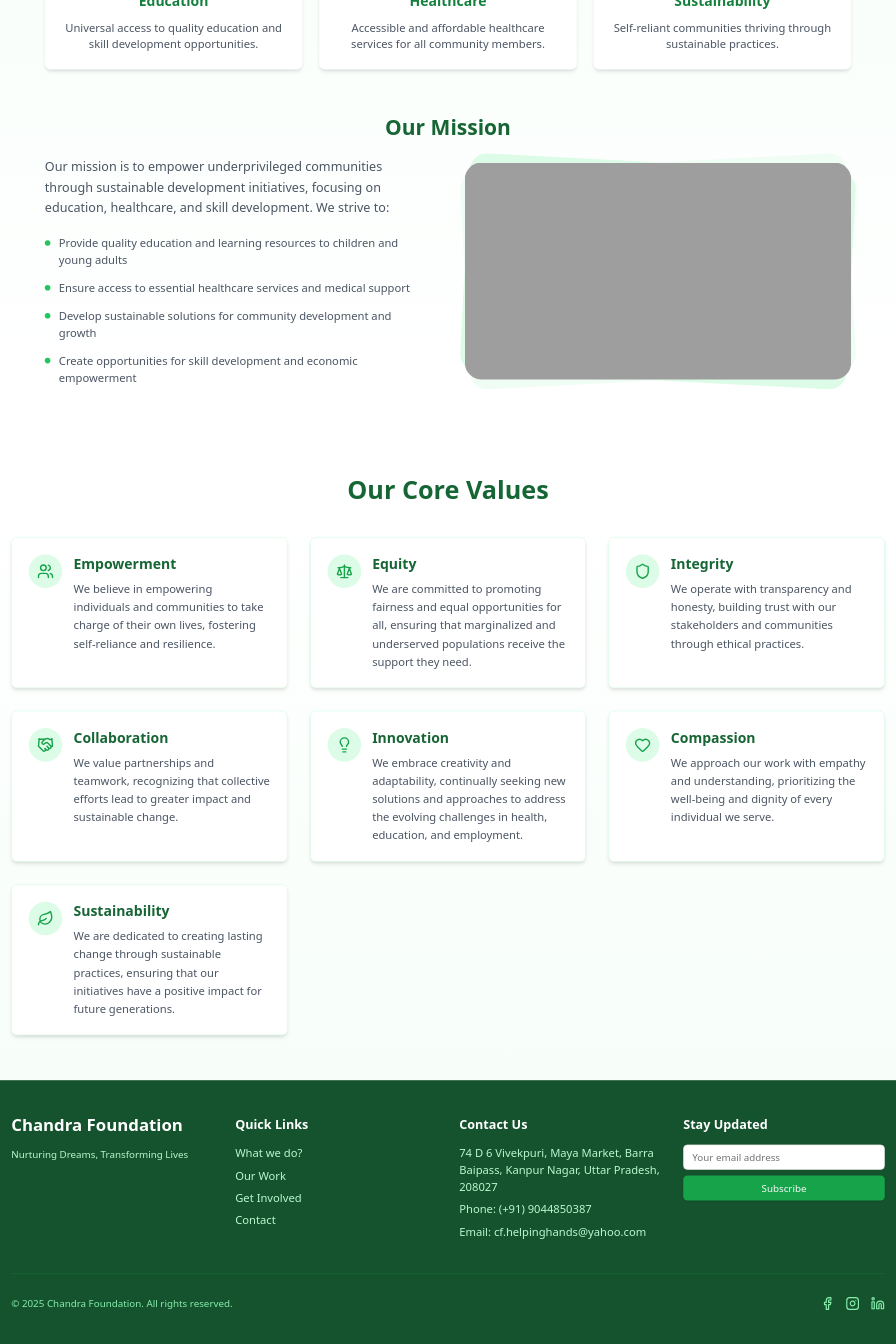
Repository: rajukumar2003/chandra-foundation
Page: /aboutus
The author's editor kept a copy of each file at every save. The page is drawn from the files as they stood at one save, then again after the next save.
The browser window is 1280 px wide. The pictures show the part of the page from y = 1703 to 3623 px (the page is 3623 px tall before and 3583 px after), at 70% of full size.
Pictures or frames that could not be fetched are drawn as grey boxes. The project was rebuilt for these pictures with package versions that can differ from the ones it lists, and the page was loaded fresh each time. The framework's server and built-in components were replaced by stand-ins that run in the browser. Also part of the build but not shown: next.config.ts.

Above is the page before, as saved 2025-01-30 20:13:38.

### app/layout.tsx
import type { Metadata } from "next";
import { Geist, Geist_Mono } from "next/font/google";
import "./globals.css";
import Navbar from "./components/navbar";
import Footer from "./components/Footer";

const geistSans = Geist({
  variable: "--font-geist-sans",
  subsets: ["latin"],
});

const geistMono = Geist_Mono({
  variable: "--font-geist-mono",
  subsets: ["latin"],
});

export const metadata: Metadata = {
  title: "Create Next App",
  description: "Generated by create next app",
};

export default function RootLayout({
  children,
}: Readonly<{
  children: React.ReactNode;
}>) {
  return (
    <html lang="en">
      <body
        className={`${geistSans.variable} ${geistMono.variable} antialiased`}
      >
        <Navbar />
        {children}
        <Footer/>
      </body>
    </html>
  );
}

### app/globals.css
@tailwind base;
@tailwind components;
@tailwind utilities;
@layer base {
  :root {
    --background: 0 0% 100%;
    --foreground: 0 0% 3.9%;
    --card: 0 0% 100%;
    --card-foreground: 0 0% 3.9%;
    --popover: 0 0% 100%;
    --popover-foreground: 0 0% 3.9%;
    --primary: 0 0% 9%;
    --primary-foreground: 0 0% 98%;
    --secondary: 0 0% 96.1%;
    --secondary-foreground: 0 0% 9%;
    --muted: 0 0% 96.1%;
    --muted-foreground: 0 0% 45.1%;
    --accent: 0 0% 96.1%;
    --accent-foreground: 0 0% 9%;
    --destructive: 0 84.2% 60.2%;
    --destructive-foreground: 0 0% 98%;
    --border: 0 0% 89.8%;
    --input: 0 0% 89.8%;
    --ring: 0 0% 3.9%;
    --chart-1: 12 76% 61%;
    --chart-2: 173 58% 39%;
    --chart-3: 197 37% 24%;
    --chart-4: 43 74% 66%;
    --chart-5: 27 87% 67%;
    --radius: 0.5rem
  }
  .dark {
    --background: 0 0% 3.9%;
    --foreground: 0 0% 98%;
    --card: 0 0% 3.9%;
    --card-foreground: 0 0% 98%;
    --popover: 0 0% 3.9%;
    --popover-foreground: 0 0% 98%;
    --primary: 0 0% 98%;
    --primary-foreground: 0 0% 9%;
    --secondary: 0 0% 14.9%;
    --secondary-foreground: 0 0% 98%;
    --muted: 0 0% 14.9%;
    --muted-foreground: 0 0% 63.9%;
    --accent: 0 0% 14.9%;
    --accent-foreground: 0 0% 98%;
    --destructive: 0 62.8% 30.6%;
    --destructive-foreground: 0 0% 98%;
    --border: 0 0% 14.9%;
    --input: 0 0% 14.9%;
    --ring: 0 0% 83.1%;
    --chart-1: 220 70% 50%;
    --chart-2: 160 60% 45%;
    --chart-3: 30 80% 55%;
    --chart-4: 280 65% 60%;
    --chart-5: 340 75% 55%
  }
}
@layer base {
  * {
    @apply border-border;
  }
  body {
    @apply bg-background text-foreground;
  }
}

@keyframes float {
  0%, 100% {
    transform: translateY(0);
  }
  50% {
    transform: translateY(-20px);
  }
}

@keyframes float-delayed {
  0%, 100% {
    transform: translateY(0);
  }
  50% {
    transform: translateY(-15px);
  }
}

.animate-float {
  animation: float 6s ease-in-out infinite;
}

.animate-float-delayed {
  animation: float-delayed 5s ease-in-out infinite;
  animation-delay: 1s;
}

### app/components/Footer.tsx
"use client";

import { Facebook, Instagram, Linkedin } from "lucide-react";
import Link from "next/link";
import { Input } from "@/components/ui/input";
import { Button } from "@/components/ui/button";

const socialLinks = [
  {
    icon: Facebook,
    href: "https://www.facebook.com/chandraafoundation",
    label: "Facebook",
  },
  {
    icon: Instagram,
    href: "https://www.instagram.com/chandraafoundation",
    label: "Instagram",
  },
  {
    icon: Linkedin,
    href: "https://www.linkedin.com/company/chandraa-foundation/",
    label: "LinkedIn",
  },
];

const quickLinks = [
  { name: "What we do?", href: "/aboutUs" },
  { name: "Our Work", href: "/programs" },
  { name: "Get Involved", href: "/get-involved" },
  { name: "Contact", href: "/contactUs" },
];

export default function Footer() {
  return (
    <footer className="bg-green-900 text-white">
      <div className="container mx-auto px-4 py-12">
        <div className="grid grid-cols-1 md:grid-cols-2 lg:grid-cols-4 gap-8">
          {/* Logo and Description */}
          <div className="space-y-4">
            <Link href="/" className="text-2xl font-bold">
              Chandra Foundation
            </Link>
            <p className="text-green-200 text-sm">
              Nurturing Dreams, Transforming Lives
            </p>
          </div>

          {/* Quick Links */}
          <div>
            <h3 className="text-lg font-semibold mb-4">Quick Links</h3>
            <ul className="space-y-2">
              {quickLinks.map((link) => (
                <li key={link.name}>
                  <Link
                    href={link.href}
                    className="text-green-200 hover:text-white transition-colors"
                  >
                    {link.name}
                  </Link>
                </li>
              ))}
            </ul>
          </div>

          {/* Contact Info */}
          <div>
            <h3 className="text-lg font-semibold mb-4">Contact Us</h3>
            <address className="not-italic text-green-200 space-y-2">
              <p>
                74 D 6 Vivekpuri, Maya Market, Barra Baipass, Kanpur Nagar,
                Uttar Pradesh, 208027
              </p>
              <p>Phone: (+91) 9044850387 </p>
              <p>Email: cf.helpinghands@yahoo.com</p>
            </address>
          </div>

          {/* Newsletter Signup */}
          <div>
            <h3 className="text-lg font-semibold mb-4">Stay Updated</h3>
            <form className="space-y-2">
              <Input
                type="email"
                placeholder="Your email address"
                className="bg-white text-black placeholder-green-400"
              />
              <Button className="w-full bg-green-600 hover:bg-green-700">
                Subscribe
              </Button>
            </form>
          </div>
        </div>

        {/* Bottom Bar */}
        <div className="mt-12 pt-8 border-t border-green-800 flex flex-col md:flex-row justify-between items-center space-y-4 md:space-y-0">
          <div className="text-sm text-green-300">
            © {new Date().getFullYear()} Chandra Foundation. All rights
            reserved.
          </div>
          <div className="flex space-x-4">
            {socialLinks.map((link) => (
              <a
                key={link.label}
                href={link.href}
                target="_blank" // Open link in a new tab
                rel="noopener noreferrer" // Prevent security vulnerabilities
                className="text-green-300 hover:text-white transition-colors"
                aria-label={link.label}
              >
                <link.icon className="w-5 h-5" />
              </a>
            ))}
          </div>
        </div>
      </div>
    </footer>
  );
}

### app/components/AboutIntro.tsx
"use client";

import { motion } from "framer-motion";
import Image from "next/image";

export default function AboutUsIntro() {
  return (
    <section className="py-16 bg-white">
      <div className="container mx-auto px-4">
        <div>
          <h2 className="text-4xl font-bold text-green-800 my-12 flex justify-center items-center">Who We Are</h2>
        </div>
        <div className="grid lg:grid-cols-2 gap-12 lg:gap-20 items-center justify-center">
          {/* Left side - Image */}
          <motion.div
            initial={{ opacity: 0, x: -20 }}
            animate={{ opacity: 1, x: 0 }}
            transition={{ duration: 0.6 }}
            className="relative"
          >
            <div className="relative rounded-3xl overflow-hidden border border-green-200 aspect-[16/9]">
              <Image
                src="/images/aboutus.png"
                alt="Making a difference in communities"
                fill
                className="object-cover"
              />
              {/* Decorative borders */}
              <div className="absolute inset-0 border-2 border-green-100 rounded-3xl transform rotate-2" />
              <div className="absolute inset-0 border-2 border-green-100 rounded-3xl transform -rotate-2" />
            </div>
          </motion.div>

          {/* Right side - Content */}
          <motion.div
            initial={{ opacity: 0, x: 20 }}
            animate={{ opacity: 1, x: 0 }}
            transition={{ duration: 0.6, delay: 0.2 }}
            className="space-y-8"
          >
            {/* Short Para / Who we are */}
            <div>
              <p className="text-gray-600 text-lg leading-relaxed">
                Founded in 2019, Chandra Foundation emerged from a vision to
                create lasting positive change in underserved communities. What
                began as a small initiative has grown into a dynamic force for
                social transformation, touching thousands of lives across
                multiple regions.
              </p>
            </div>

            {/* Our Journey */}
            <div>
              <h3 className="text-2xl font-semibold text-green-700 mb-2">
                Our Journey
              </h3>
              <p className="text-gray-600 text-lg leading-relaxed">
                From our humble beginnings distributing essential supplies,
                we&apos;ve evolved into a comprehensive support system focusing on
                education, healthcare, and sustainable development. Each year
                marks new milestones in our mission to empower communities.
              </p>
            </div>

            {/* Founding Story */}
            <div>
              <h3 className="text-2xl font-semibold text-green-700 mb-2">
                Founding Story
              </h3>
              <p className="text-gray-600 text-lg leading-relaxed">
                Our founder, Chandra Kumar, witnessed firsthand the challenges
                faced by underprivileged communities. This personal experience
                sparked a commitment to create an organization that would bridge
                the gap between resources and needs, ensuring no one is left
                behind.
              </p>
            </div>

          </motion.div>
        </div>
      </div>
    </section>
  );
}

### app/components/AboutHero.tsx
"use client"

import { motion } from "framer-motion"
import Image from "next/image"

export default function AboutHero() {
  return (
    <section className="relative min-h-[70vh] md:min-h-[80vh] flex items-center justify-center overflow-hidden">
      <Image
        src="/images/about.png"
        alt="Chandra Foundation team working in the community"
        fill
        style={{ objectFit: "cover", filter: "brightness(0.8)" }}
        className="absolute inset-0"
        priority
      />
      <div className="absolute inset-0 bg-black opacity-10" />
      <div className="absolute inset-0 bg-gradient-to-b from-black/20 to-black/10" />
      {/* <div className="absolute inset-0 bg-gradient-to-b from-green-900/70 to-green-800/70" /> */}
      <div className="absolute inset-0 bg-grid-white/[0.05]" />

      <div className="relative z-20 text-center text-white max-w-4xl mx-auto px-4">
        <motion.h1
          initial={{ opacity: 0, y: 30 }}
          animate={{ opacity: 1, y: 0 }}
          transition={{ duration: 0.8, ease: "easeOut" }}
          className="text-4xl md:text-5xl lg:text-6xl font-bold mb-6 leading-tight"
        >
          About Us
        </motion.h1>
        <motion.p
          initial={{ opacity: 0, y: 30 }}
          animate={{ opacity: 1, y: 0 }}
          transition={{ duration: 0.8, delay: 0.2, ease: "easeOut" }}
          className="text-xl md:text-2xl lg:text-3xl font-light"
        >
          Empowering Communities, Transforming Lives
        </motion.p>
      </div>
    </section>
  )
}

### app/components/CoreValues.tsx
"use client"

import { motion } from "framer-motion"
import { Users, Scale, Shield, HandshakeIcon, Lightbulb, Heart, Leaf } from "lucide-react"

const coreValues = [
  {
    icon: Users,
    title: "Empowerment",
    description:
      "We believe in empowering individuals and communities to take charge of their own lives, fostering self-reliance and resilience.",
  },
  {
    icon: Scale,
    title: "Equity",
    description:
      "We are committed to promoting fairness and equal opportunities for all, ensuring that marginalized and underserved populations receive the support they need.",
  },
  {
    icon: Shield,
    title: "Integrity",
    description:
      "We operate with transparency and honesty, building trust with our stakeholders and communities through ethical practices.",
  },
  {
    icon: HandshakeIcon,
    title: "Collaboration",
    description:
      "We value partnerships and teamwork, recognizing that collective efforts lead to greater impact and sustainable change.",
  },
  {
    icon: Lightbulb,
    title: "Innovation",
    description:
      "We embrace creativity and adaptability, continually seeking new solutions and approaches to address the evolving challenges in health, education, and employment.",
  },
  {
    icon: Heart,
    title: "Compassion",
    description:
      "We approach our work with empathy and understanding, prioritizing the well-being and dignity of every individual we serve.",
  },
  {
    icon: Leaf,
    title: "Sustainability",
    description:
      "We are dedicated to creating lasting change through sustainable practices, ensuring that our initiatives have a positive impact for future generations.",
  },
]

export default function CoreValues() {
  return (
    <section className="py-16 bg-gradient-to-b from-white to-green-50/50">
      <div className="container mx-auto px-4">
        <motion.div
          initial={{ opacity: 0, y: 20 }}
          whileInView={{ opacity: 1, y: 0 }}
          viewport={{ once: true }}
          transition={{ duration: 0.6 }}
          className="text-center mb-12"
        >
          <h2 className="text-3xl md:text-4xl font-bold text-green-800 mb-4">Our Core Values</h2>
          {/* <div className="w-20 h-1 bg-green-600 mx-auto mb-6"></div> */}
        </motion.div>

        <div className="grid gap-8 md:grid-cols-2 lg:grid-cols-3 max-w-7xl mx-auto">
          {coreValues.map((value, index) => (
            <motion.div
              key={value.title}
              initial={{ opacity: 0, y: 20 }}
              whileInView={{ opacity: 1, y: 0 }}
              viewport={{ once: true }}
              transition={{ duration: 0.5, delay: index * 0.1 }}
            >
              <div className="bg-white rounded-lg p-6 shadow-md hover:shadow-lg transition-all duration-300 h-full border border-green-100 group">
                <div className="flex items-start gap-4">
                  <div className="shrink-0">
                    <div className="w-12 h-12 rounded-full bg-green-100 flex items-center justify-center group-hover:bg-green-200 transition-colors duration-300">
                      <value.icon className="w-6 h-6 text-green-600" />
                    </div>
                  </div>
                  <div>
                    <h3 className="text-xl font-semibold text-green-800 mb-2 group-hover:text-green-600 transition-colors duration-300">
                      {value.title}
                    </h3>
                    <p className="text-gray-600 leading-relaxed">{value.description}</p>
                  </div>
                </div>
              </div>
            </motion.div>
          ))}
        </div>
      </div>
    </section>
  )
}

### components/ui/button.tsx
import * as React from "react"
import { Slot } from "@radix-ui/react-slot"
import { cva, type VariantProps } from "class-variance-authority"

import { cn } from "@/lib/utils"

const buttonVariants = cva(
  "inline-flex items-center justify-center gap-2 whitespace-nowrap rounded-md text-sm font-medium transition-colors focus-visible:outline-none focus-visible:ring-1 focus-visible:ring-ring disabled:pointer-events-none disabled:opacity-50 [&_svg]:pointer-events-none [&_svg]:size-4 [&_svg]:shrink-0",
  {
    variants: {
      variant: {
        default:
          "bg-primary text-primary-foreground shadow hover:bg-primary/90",
        destructive:
          "bg-destructive text-destructive-foreground shadow-sm hover:bg-destructive/90",
        outline:
          "border border-input bg-background shadow-sm hover:bg-accent hover:text-accent-foreground",
        secondary:
          "bg-secondary text-secondary-foreground shadow-sm hover:bg-secondary/80",
        ghost: "hover:bg-accent hover:text-accent-foreground",
        link: "text-primary underline-offset-4 hover:underline",
      },
      size: {
        default: "h-9 px-4 py-2",
        sm: "h-8 rounded-md px-3 text-xs",
        lg: "h-10 rounded-md px-8",
        icon: "h-9 w-9",
      },
    },
    defaultVariants: {
      variant: "default",
      size: "default",
    },
  }
)

export interface ButtonProps
  extends React.ButtonHTMLAttributes<HTMLButtonElement>,
    VariantProps<typeof buttonVariants> {
  asChild?: boolean
}

const Button = React.forwardRef<HTMLButtonElement, ButtonProps>(
  ({ className, variant, size, asChild = false, ...props }, ref) => {
    const Comp = asChild ? Slot : "button"
    return (
      <Comp
        className={cn(buttonVariants({ variant, size, className }))}
        ref={ref}
        {...props}
      />
    )
  }
)
Button.displayName = "Button"

export { Button, buttonVariants }

### components/ui/input.tsx
import * as React from "react"

import { cn } from "@/lib/utils"

const Input = React.forwardRef<HTMLInputElement, React.ComponentProps<"input">>(
  ({ className, type, ...props }, ref) => {
    return (
      <input
        type={type}
        className={cn(
          "flex h-9 w-full rounded-md border border-input bg-transparent px-3 py-1 text-base shadow-sm transition-colors file:border-0 file:bg-transparent file:text-sm file:font-medium file:text-foreground placeholder:text-muted-foreground focus-visible:outline-none focus-visible:ring-1 focus-visible:ring-ring disabled:cursor-not-allowed disabled:opacity-50 md:text-sm",
          className
        )}
        ref={ref}
        {...props}
      />
    )
  }
)
Input.displayName = "Input"

export { Input }

Loaded but not shown: lib/utils.ts (common file); tailwind.config.js (83 lines, source omitted); app/(root)/aboutus/page.tsx (406 lines, source omitted); components/ui/dropdown-menu.tsx (201 lines, source omitted); app/components/navbar.tsx (187 lines, source omitted); app/components/VisionMission.tsx (108 lines, source omitted)

After the next save:
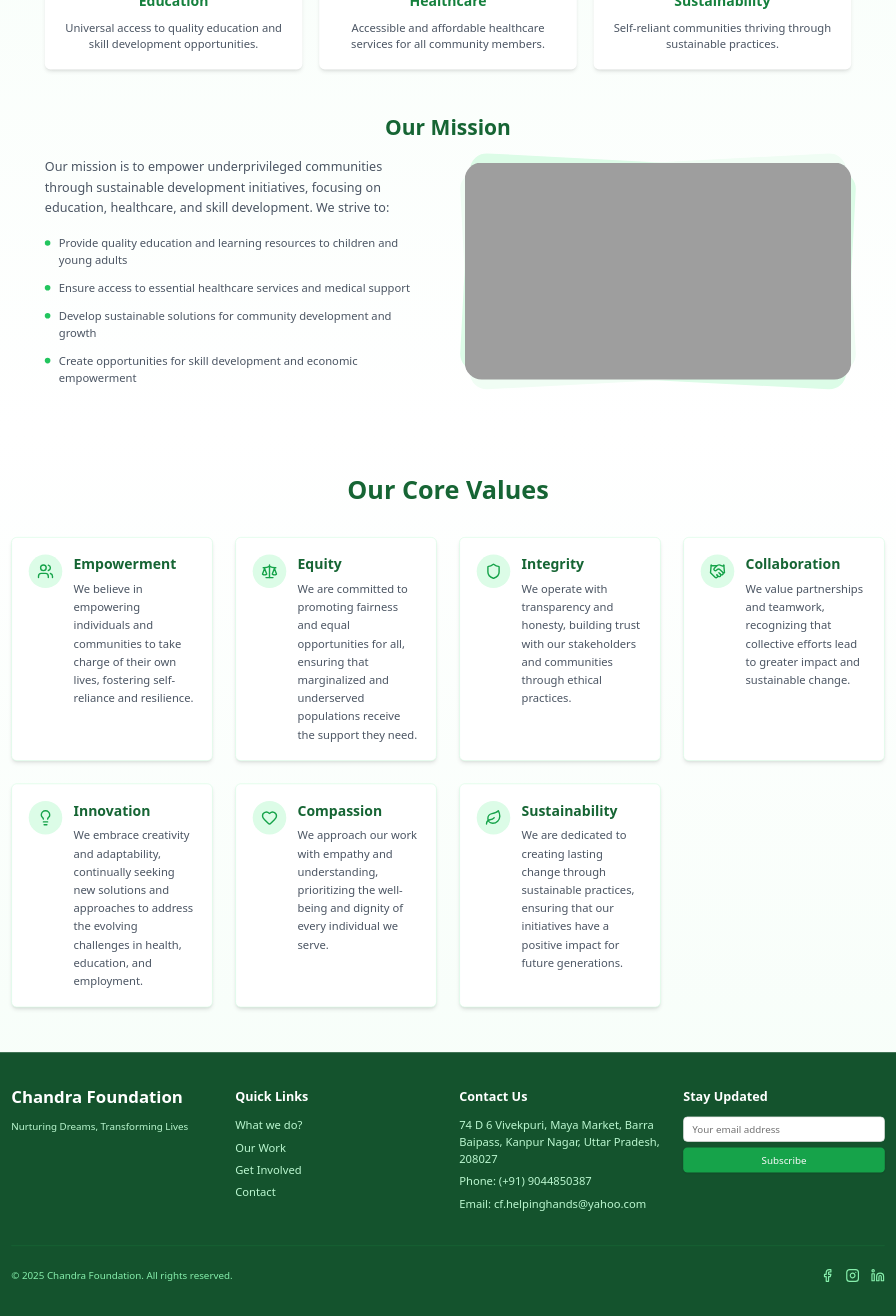
Saved 18 s later.
--- a/app/components/CoreValues.tsx
+++ b/app/components/CoreValues.tsx
@@ -63,7 +63,7 @@ export default function CoreValues() {
           {/* <div className="w-20 h-1 bg-green-600 mx-auto mb-6"></div> */}
         </motion.div>
 
-        <div className="grid gap-8 md:grid-cols-2 lg:grid-cols-3 max-w-7xl mx-auto">
+        <div className="grid gap-8 md:grid-cols-2 lg:grid-cols-4 max-w-7xl mx-auto">
           {coreValues.map((value, index) => (
             <motion.div
               key={value.title}
